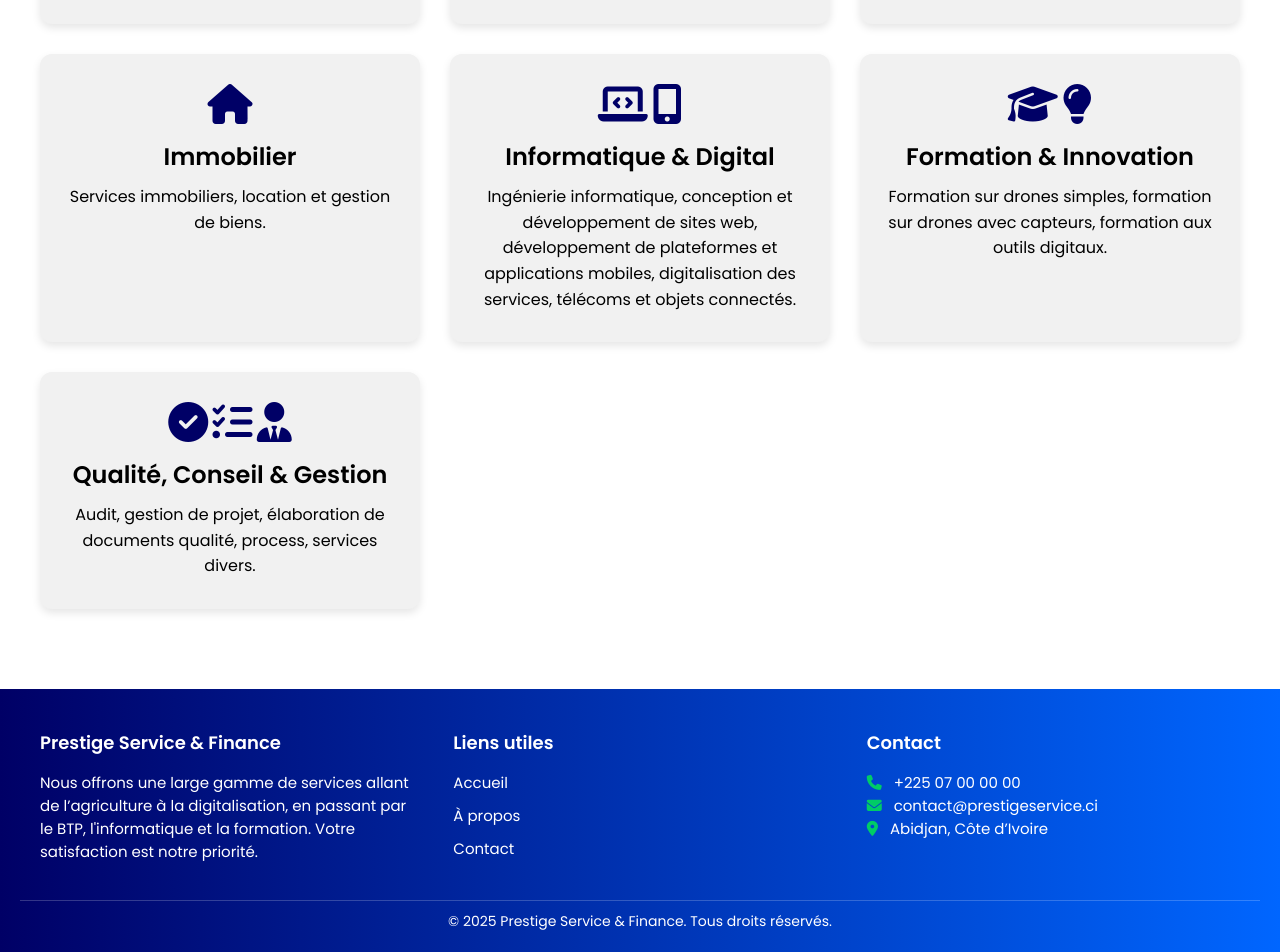
Repository: prestige225/prestige_services_et_finances
Page: AM.HTML
These files come from the project's save history. The page is drawn as it stood at one moment and after the next save; the edit follows.
The browser window is 1280 px wide. The pictures show the part of the page from y = 1222 to 2174 px (the page is 2174 px tall).

Above is the page before, as saved 2025-05-30 03:55:09.
Not found: style.css

### AM.HTML

<!DOCTYPE html>
<html lang="fr">
<head>
  <meta charset="UTF-8">
  <meta name="viewport" content="width=device-width, initial-scale=1.0">
  <title>Prestige Service et Finance</title>
  <link rel="stylesheet" href="style.css">
  <link rel="stylesheet" href="https://cdnjs.cloudflare.com/ajax/libs/font-awesome/6.5.0/css/all.min.css">

  <style>
    @import url('https://fonts.googleapis.com/css2?family=Poppins:wght@300;400;600&display=swap');

    * {
      box-sizing: border-box;
      padding: 0;
      margin: 0;
      font-family: 'Poppins', sans-serif;
    }

    body {
      background-color: #f5f5f5;
      padding-top: 100px;
      transition: background-color 0.3s ease;
    }

    header {
      background: linear-gradient(90deg, #0066FF, #000066);
      color: white;
      display: flex;
      justify-content: space-between;
      align-items: center;
      padding: 10px 30px;
      position: fixed;
      top: 0;
      left: 0;
      width: 100%;
      z-index: 1000;
    }

    .logo {
      display: flex;
      align-items: center;
      gap: 10px;
    }

    .logo img {
      width: 80px;
      height: 80px;
      object-fit: cover;
      border-radius: 50%;
    }

    .logo h1 {
      color: #fff;
      font-size: 1.5rem;
      text-transform: uppercase;
    }

    .logo h1:hover {
      color: rgb(22, 190, 22);
      text-decoration: underline;

    }

    nav ul {
      display: flex;
      gap: 25px;
      list-style: none;
    }

    nav ul li {
      opacity: 0;
      transform: translateY(-20px);
      animation: fadeIn 1s ease-out forwards;
    }

    @keyframes fadeIn {
      to {
        opacity: 1;
        transform: translateY(0);
      }
    }

    nav ul li a {
      text-decoration: none;
      color: white;
      font-size: 18px;
      font-weight: bold;
      transition: 0.3s;
    }

    nav ul li a:hover {
      color: rgb(22, 190, 22);
      text-decoration: underline;
    }

    /* Responsive mobile */
    @media (max-width: 768px) {
      header {
        flex-direction: column;
        align-items: flex-start;
        padding: 15px;
      }

      nav ul {
        flex-direction: column;
        gap: 10px;
        margin-top: 10px;
      }

      .logo {
        justify-content: center;
        width: 100%;
      }
    }


    /* Section Services */
.services {
  background-color: #ffffff;
  padding: 80px 20px;
  text-align: center;
}

.section-title {
  font-size: 2.5rem;
  color: #000066;
  margin-bottom: 40px;
  text-transform: uppercase;
  font-weight: 600;
}

.service-list {
  display: grid;
  grid-template-columns: repeat(auto-fit, minmax(280px, 1fr));
  gap: 30px;
  max-width: 1200px;
  margin: auto;
}

.service-item {
  background-color: #f1f1f1;
  border-radius: 12px;
  padding: 30px 20px;
  box-shadow: 0 4px 8px rgba(0, 0, 0, 0.1);
  transition: transform 0.3s ease;
}

.service-item:hover {
  transform: translateY(-10px);
  background-color: #0066FF;
  color: white;
}

.service-item i {
  font-size: 40px;
  margin-bottom: 15px;
  color: #000066;
}

.service-item h3 {
  font-size: 1.5rem;
  margin-bottom: 10px;
}

.service-item p {
  font-size: 1rem;
  line-height: 1.6;
}



    /* Section HERO */
.hero {
  position: relative;
  height: 100vh;
  background: url('image/ca.jpg') no-repeat center center/cover;
  display: flex;
  justify-content: center;
  align-items: center;
  color: white;
}

.welcome-section {
  position: absolute;
  width: 100%;
  height: 100%;
  background-color: rgba(0, 0, 0, 0.5); /* Overlay sombre */
  display: flex;
  justify-content: center;
  align-items: center;
  text-align: center;
  padding: 20px;
}

.welcome-title {
  font-size: 3rem;
  font-weight: bold;
  margin-bottom: 20px;
  animation: fadeInDown 1s ease-out;
}

.welcome-subtitle {
  font-size: 1.5rem;
  font-weight: 300;
  animation: fadeInUp 1s ease-out;
}

/* Animations */
@keyframes fadeInDown {
  from {
    opacity: 0;
    transform: translateY(-50px);
  }
  to {
    opacity: 1;
    transform: translateY(0);
  }
}

@keyframes fadeInUp {
  from {
    opacity: 0;
    transform: translateY(50px);
  }
  to {
    opacity: 1;
    transform: translateY(0);
  }
}

/* Responsive */
@media (max-width: 768px) {
  .welcome-title {
    font-size: 2rem;
  }
  .welcome-subtitle {
    font-size: 1.2rem;
  }
}


.site-footer {
  background: linear-gradient(90deg, #000066, #0066FF);
  color: #fff;
  padding: 40px 20px 20px;
  font-size: 15px;
}

.footer-container {
  display: flex;
  flex-wrap: wrap;
  justify-content: space-between;
  gap: 40px;
  max-width: 1200px;
  margin: auto;
}

.footer-about,
.footer-links,
.footer-contact {
  flex: 1;
  min-width: 250px;
}

.footer-about h2,
.footer-links h3,
.footer-contact h3 {
  margin-bottom: 15px;
  font-size: 18px;
}

.footer-links ul {
  list-style: none;
  padding: 0;
}

.footer-links li {
  margin-bottom: 10px;
}

.footer-links a {
  color: #fff;
  text-decoration: none;
}

.footer-links a:hover {
  color: #00cc66;
}

.footer-contact i {
  margin-right: 8px;
  color: #00cc66;
}

.footer-bottom {
  text-align: center;
  margin-top: 30px;
  border-top: 1px solid #ffffff33;
  padding-top: 10px;
  font-size: 14px;
}


.whatsapp-float {
  position: fixed;
  bottom: 20px;
  right: 20px;
  background-color: #25d366;
  color: white;
  border-radius: 50%;
  padding: 15px;
  font-size: 25px;
  z-index: 1000;
  box-shadow: 0 4px 10px rgba(0, 0, 0, 0.3);
  transition: transform 0.3s ease;
  text-align: center;
}

.whatsapp-float:hover {
  transform: scale(1.1);
  background-color: #128c7e;
  color: #fff;
}


  </style>
</head>
<body>
  <header class="site-header">
    <div class="logo">
      <img src="image/prestige.jpg" alt="Prestige Service Logo">
      <h1>Prestige Service Et Finance</h1>
    </div>
    <nav>
      <ul class="nav-list">
        <li><a href="#">Accueil</a></li>
        <li><a href="appropos.html">À propos</a></li>
        <!-- <li><a href="finance.html">Demande de service / devis</a></li> -->
        <li><a href="contact.html">Contact</a></li>
      </ul>
    </nav>
  </header>

  <!-- Section HERO -->
  <section class="hero">
    <div class="welcome-section">
      <div class="welcome-overlay">
        <h1 class="welcome-title">Bienvenue à Prestige Service Et Finance</h1>
        <p class="welcome-subtitle">Votre administration en poche</p>
      </div>
    </div>
  </section>

  <!-- Section de service -->
  <section class="services" id="services">
    <div class="container">
      <h2 class="section-title">Nos Services</h2>
      <div class="service-list">

        <div class="service-item">
          <i class="fas fa-seedling"></i>
          <h3>Agriculture & Environnement</h3>
          <p>Exploitation agricole, assainissement, entretien d'espaces verts.</p>
        </div>

        <div class="service-item">
          <i class="fas fa-shopping-cart"></i>
          <h3>Commerce & Distribution</h3>
          <p>Commerce général, vente de matériels informatiques et bureautiques, service de livraison.</p>
        </div>

        <div class="service-item">
          <i class="fas fa-hard-hat"></i>
          <h3>BTP & Logistique</h3>
          <p>Bâtiments et Travaux Publics (BTP), transport et location de matériel roulant.</p>
        </div>

        <div class="service-item">
          <i class="fas fa-house"></i>
          <h3>Immobilier</h3>
          <p>Services immobiliers, location et gestion de biens.</p>
        </div>

        <div class="service-item">
          <i class="fas fa-laptop-code"></i>
          <i class="fas fa-mobile-alt"></i>
          <h3>Informatique & Digital</h3>
          <p>Ingénierie informatique, conception et développement de sites web, développement de plateformes et applications mobiles, digitalisation des services, télécoms et objets connectés.</p>
        </div>

        <div class="service-item">
          <i class="fas fa-graduation-cap"></i>
          <i class="fas fa-lightbulb"></i>
          <h3>Formation & Innovation</h3>
          <p>Formation sur drones simples, formation sur drones avec capteurs, formation aux outils digitaux.</p>
        </div>

        <div class="service-item">
          <i class="fas fa-check-circle"></i>
          <i class="fas fa-tasks"></i>
          <i class="fas fa-user-tie"></i>
          <h3>Qualité, Conseil & Gestion</h3>
          <p>Audit, gestion de projet, élaboration de documents qualité, process, services divers.</p>
        </div>

      </div>
    </div>
  </section>

  <!-- Footer -->
  <footer class="site-footer">
    <div class="footer-container">
      <div class="footer-about">
        <h2>Prestige Service & Finance</h2>
        <p>Nous offrons une large gamme de services allant de l’agriculture à la digitalisation, en passant par le BTP, l'informatique et la formation. Votre satisfaction est notre priorité.</p>
      </div>

      <div class="footer-links">
        <h3>Liens utiles</h3>
        <ul>
          <li><a href="#">Accueil</a></li>
          <li><a href="appropos.html">À propos</a></li>
          <!-- <li><a href="finance.html">Services</a></li> -->
          <li><a href="contact.html">Contact</a></li>
        </ul>
      </div>

      <div class="footer-contact">
        <h3>Contact</h3>
        <p><i class="fas fa-phone"></i> +225 07 00 00 00</p>
        <p><i class="fas fa-envelope"></i> contact@prestigeservice.ci</p>
        <p><i class="fas fa-map-marker-alt"></i> Abidjan, Côte d’Ivoire</p>
      </div>
    </div>

    <div class="footer-bottom">
      <p>&copy; 2025 Prestige Service & Finance. Tous droits réservés.</p>
    </div>
  </footer>
  <a href="https://wa.me/2250700000000"
   class="whatsapp-float"
   target="_blank"
   title="Contactez-nous sur WhatsApp">
  <i class="fab fa-whatsapp"></i>
</a>

</body>
</html>

After the next save:
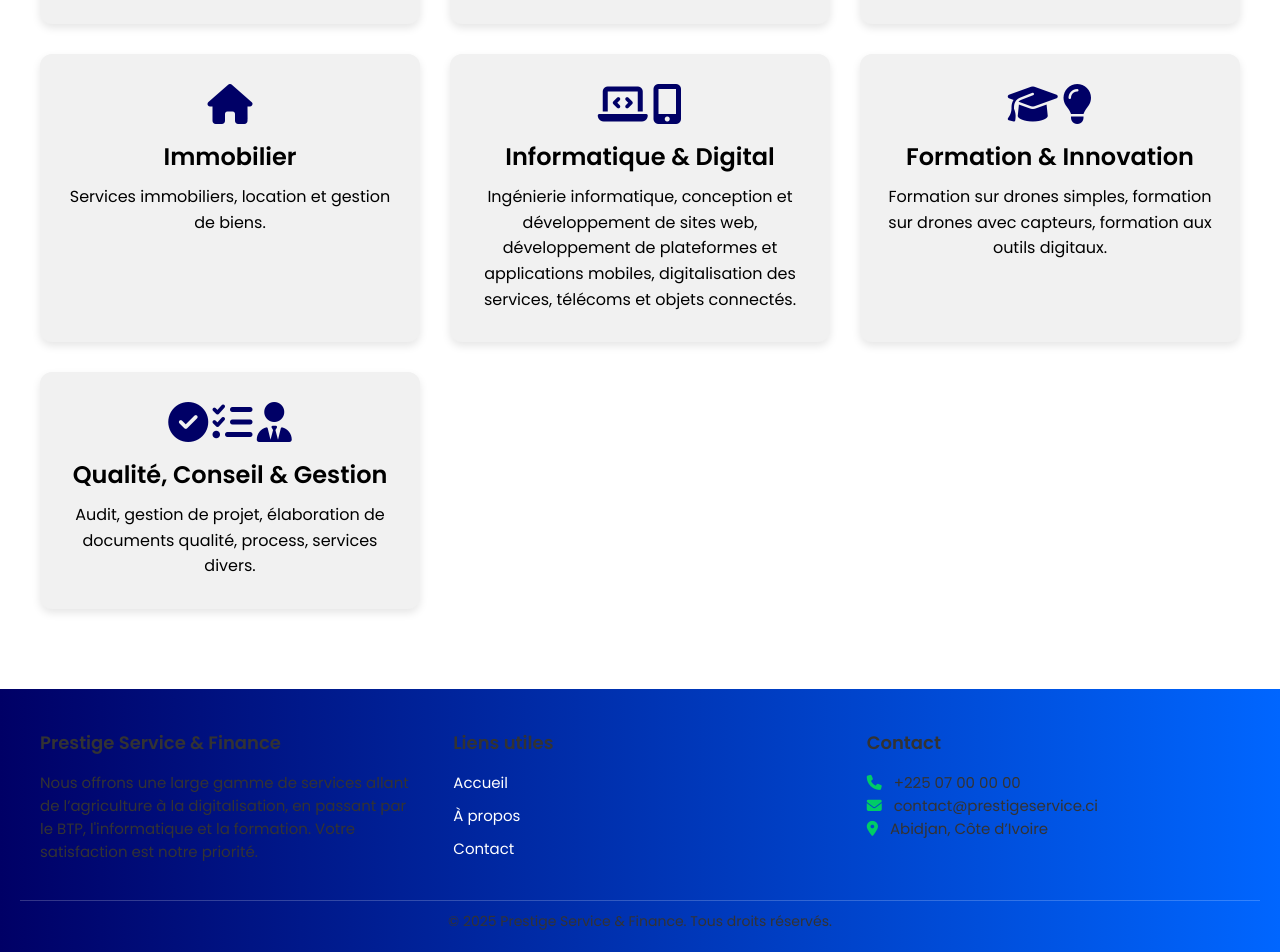
Saved 3 min 19 s later.
--- a/AM.HTML
+++ b/AM.HTML
@@ -243,7 +243,8 @@
 
 .site-footer {
   background: linear-gradient(90deg, #000066, #0066FF);
-  color: #fff;
+  /* color: #fff; */
+  color: #333;
   padding: 40px 20px 20px;
   font-size: 15px;
 }

After the save that followed:
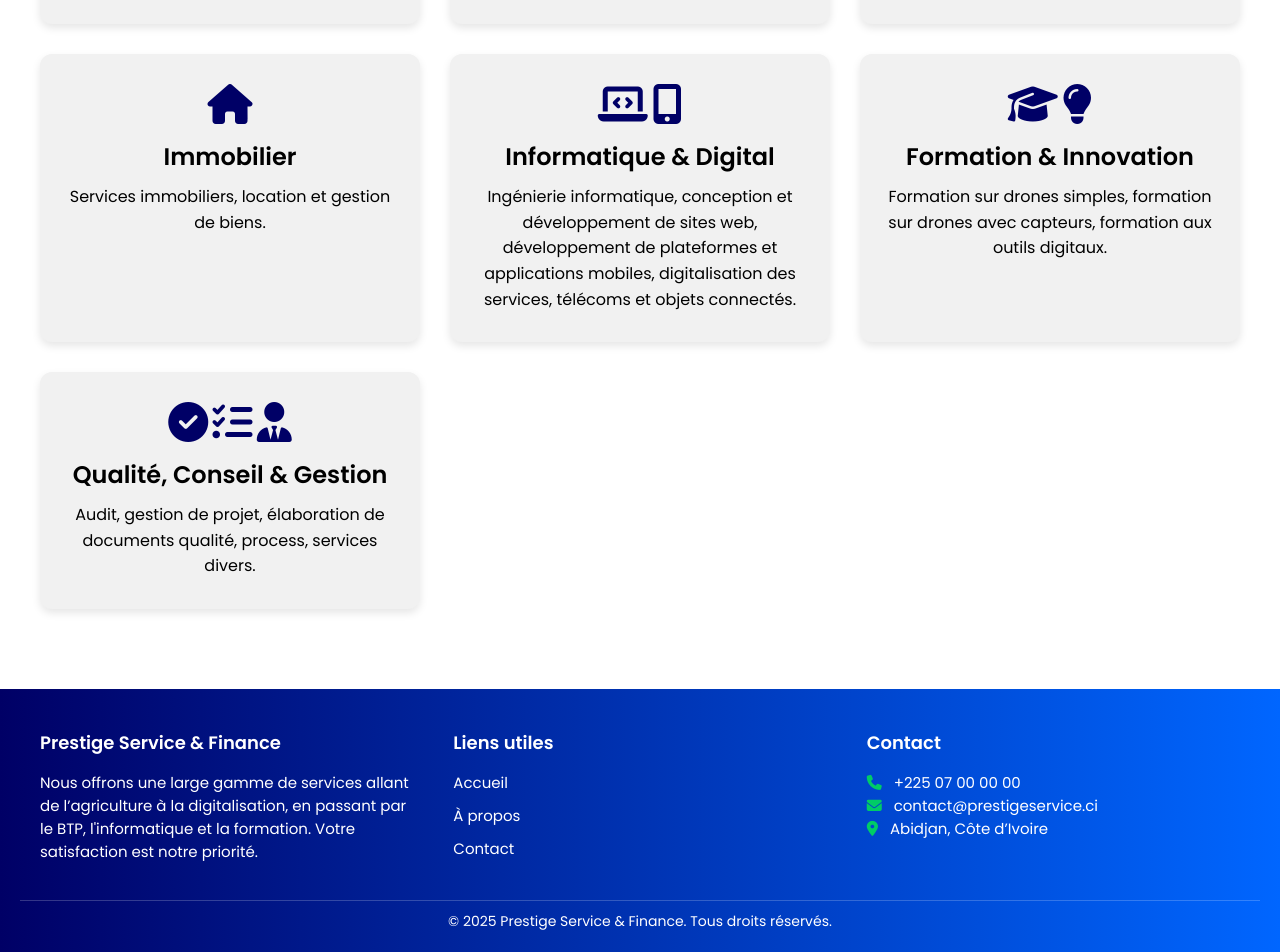
Saved 45 s later.
--- a/AM.HTML
+++ b/AM.HTML
@@ -243,8 +243,7 @@
 
 .site-footer {
   background: linear-gradient(90deg, #000066, #0066FF);
-  /* color: #fff; */
-  color: #333;
+  color: #fff;
   padding: 40px 20px 20px;
   font-size: 15px;
 }
